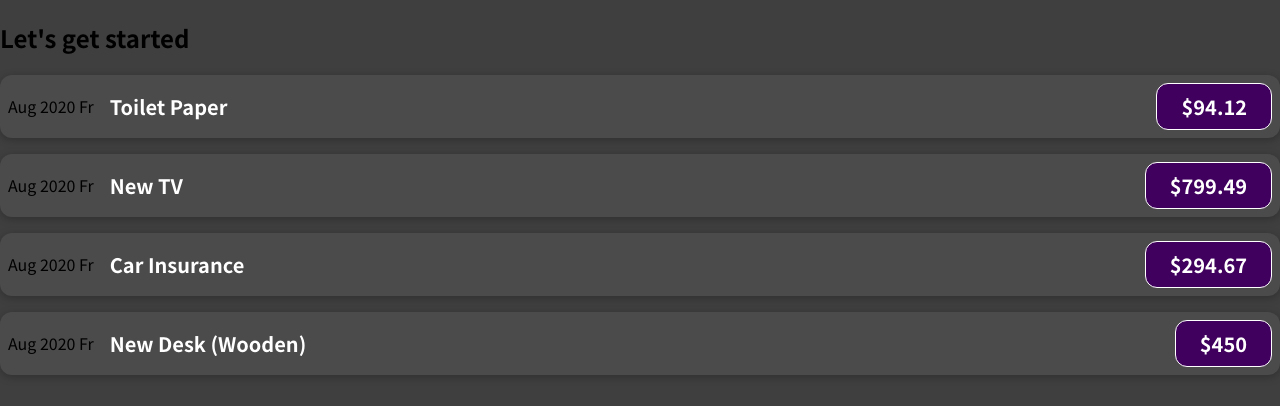
Repository: runner855/expense-tracker
Page: /
These files come from the project's save history. The page is drawn as it stood at one moment and after the next save; the edit follows.
The browser window is 1280 px wide. The pictures show the whole page.
The project was rebuilt for these pictures with package versions that can differ from the ones it lists, and the page was loaded fresh each time.

Above is the page before, as saved 2022-09-02 14:58:06.

After the next save:
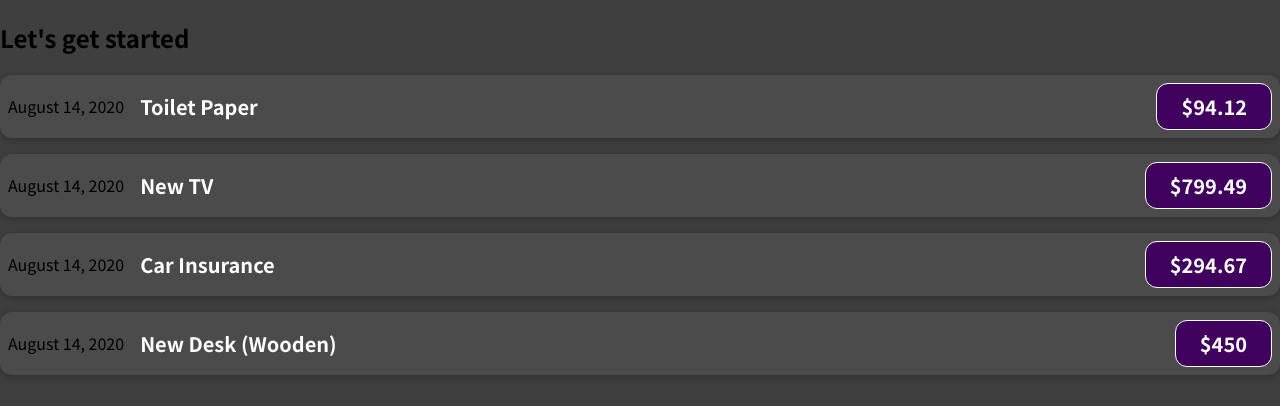
Saved 42 s later.
--- a/src/components/ExpenseItem.js
+++ b/src/components/ExpenseItem.js
@@ -6,7 +6,7 @@ import moment from 'moment';
 const ExpenseItem = (props) => {
 
   const { date, title, amount } = props;
-  const myDate = moment(date).format(" MMM YYYY dd  ")
+  const myDate = moment(date).format(" LL ")
   console.log(myDate)
 
 
